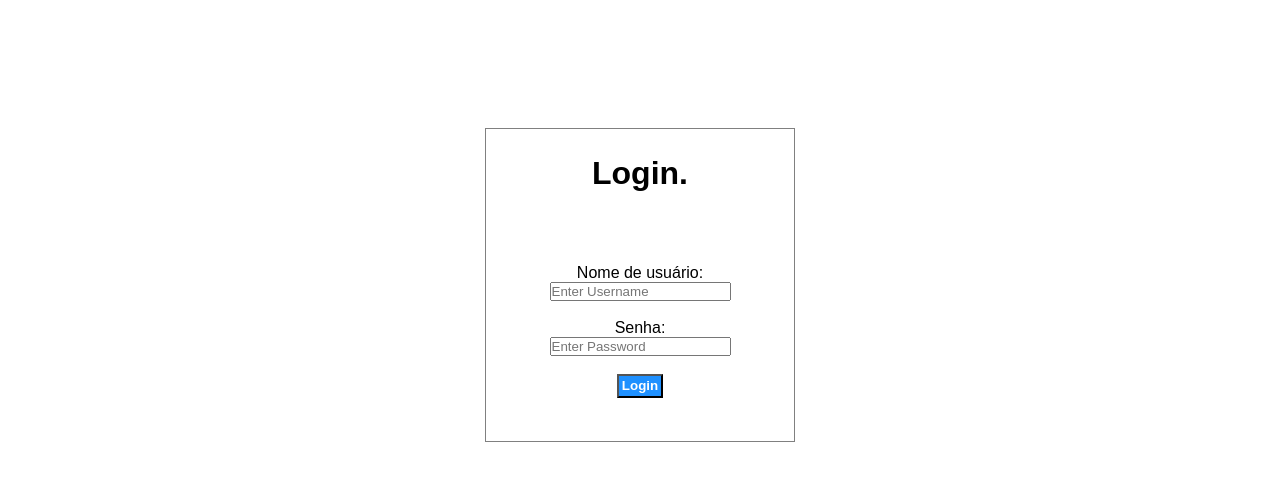
Repository: Rafa070/SoolQueijo
Page: http://localhost/food-order/admin/login.php
An editor plug-in stored every save of this project. The page is shown before and after the next save, followed by the edit.
The browser window is 1280 px wide. The pictures show the whole page.
The page is run by PHP 8.4 with error messages shown; the project is at /var/www/html/.

Above is the page before, as saved 2022-03-20 18:29:09.

After the next save:
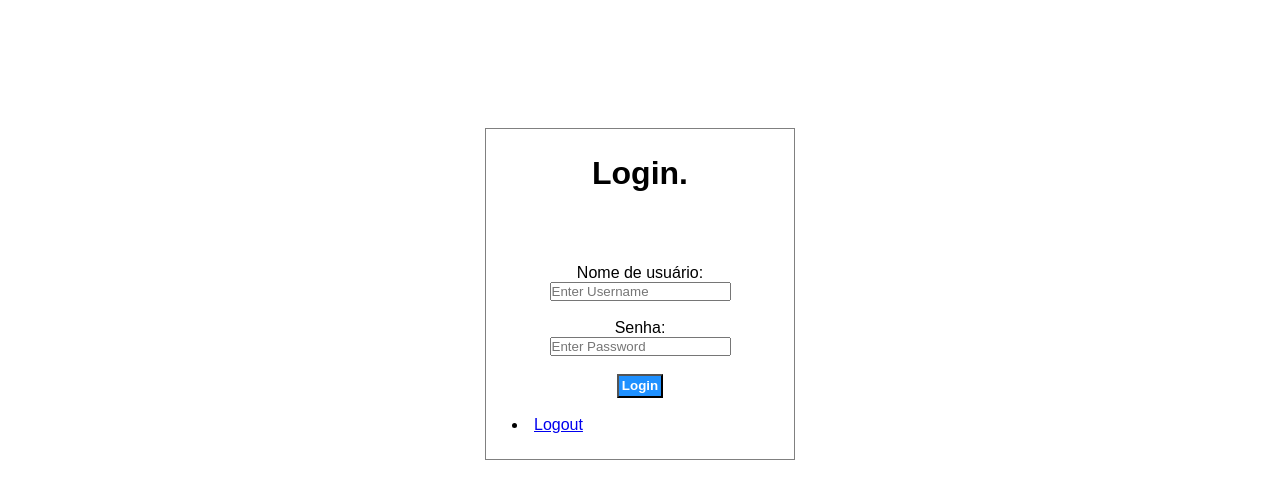
Saved 24 s later.
--- a/admin/login.php
+++ b/admin/login.php
@@ -38,7 +38,7 @@
             <input type="submit" name="submit" value="Login" class="btn-primary">
             <br><br>
             </form>
-
+            <li><a href="logout.php">Logout</a></li>
         </div>
 
     </body>
